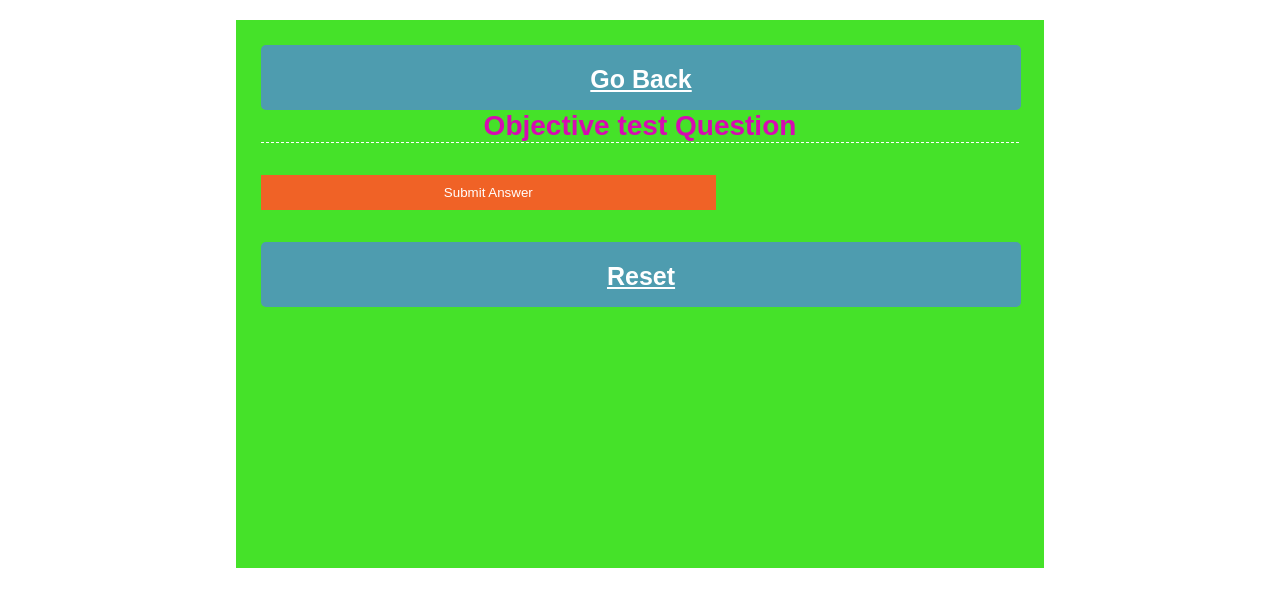
Repository: ashimmitra/Final-Project
Page: http://localhost/quiz/
An editor plug-in stored every save of this project. The page is shown before and after a run of saves, followed by the edit.
The browser window is 1280 px wide. The pictures show the whole page.
The page is served by the project's application, run on Django 3.2 (project/manage.py). Other server files are loaded and not shown. Queries for data that is not in the repository find no rows.

Above is the page before, as saved 2021-04-21 23:21:54.

### Varsity-Final-Project-by-Django-master/project/quiz/templates/english.html
{% load static %}
<!DOCTYPE html>
<html>

<head>
    <link rel="shortcut icon" href="{% static 'img/favicon.ico' %}" type="image/x-icon">
    <title>Quiz Application</title>
    <link rel="stylesheet" href="{% static 'css/quiz.css' %}">
    <script src="{% static 'script.js' %}"></script>
</head>

<body>
    <div id="container">
        <header>
            <a href="/" class="button">Go Back</a>
            <h1>Objective test Question</h1>
        </header>

        <section>
            <div id="results"></div>
            <form name="quizForm" onsubmit="return submitAnswers(answers = [{% for q in questions %}'{{ q.answer }}',{% endfor %}])">
                {% for q in questions %}
                <h3> {{ q.id }}. {{ q.question }}</h3>
                <input type="radio" name="q{{ q.id }}" value="a" id="q1a"> a. {{ q.option1 }}<br><br>
                <input type="radio" name="q{{ q.id }}" value="b" id="q1b"> b. {{ q.option2 }}<br><br>
                <input type="radio" name="q{{ q.id }}" value="c" id="q1c"> c. {{ q.option3 }}<br><br>
                <input type="radio" name="q{{ q.id }}" value="d" id="q1d"> d. {{ q.option4 }}<br><br> {% endfor %}

                <br><br>
                <input type="submit" value="Submit Answer">
            </form>
            <br><br>
            <a href="/quiz/english/" class="button">Reset</a>
        </section>
    </div>

</body>

</html>

### Varsity-Final-Project-by-Django-master/project/quiz/views.py
from django.shortcuts import render
from quiz.models import Quiz
from quiz.models import Bangla

#def welcome(request):
    #return render(request, 'welcome.html')

def english(request):
    questions = Quiz.objects.all()
    return render(request, 'english.html', { 'questions': questions})

def bangla(request):
    questions = Bangla.objects.all()
    return render(request, 'bangla.html', { 'questions': questions})

def result(request):
    return render(request, 'result.html')

### Varsity-Final-Project-by-Django-master/project/project/urls.py

from django.contrib import admin
from django.urls import path,include
from django.conf.urls.static import static
from django.conf import settings

urlpatterns = [
    path('admin/', admin.site.urls),
    path('', include('index.urls')),
    path('student/',include('student.urls')),
    path('authentication/',include('authentication.urls')),
    path('quiz/',include('quiz.urls')),
]+static(settings.MEDIA_URL, document_root=settings.MEDIA_ROOT)

### Varsity-Final-Project-by-Django-master/project/index/urls.py

from django.urls import path
from .import views

urlpatterns = [
    path('', views.home, name='home'),
]

### Varsity-Final-Project-by-Django-master/project/student/urls.py

from django.urls import path
from .import views

urlpatterns = [
    path('', views.student),
    path('profile/', views.profile, name='student.profile'),
]

### Varsity-Final-Project-by-Django-master/project/authentication/urls.py

from django.urls import path
from .import views

urlpatterns = [
    path('', views.authlogin, name='login'),
    path('registration/', views.authregistration, name='registration'),
    path('forgot-password/', views.forgotpassword, name='forgotpassword'),
    path('logout/', views.userlogout, name='logout'),
]

### Varsity-Final-Project-by-Django-master/project/quiz/urls.py

from django.urls import path
from .import views

urlpatterns = [
    path('', views.english),
    #path('',views.welcome),
    path('result/',views.result),
    path('english/', views.english, name='profile.english'),
    path('bangla/', views.bangla, name='profile.bangla'),
]

### Varsity-Final-Project-by-Django-master/project/quiz/static/css/quiz.css
body{
	background: #FFFFFF;
	color:#D70AB2;
	font-family: 'Arial', sans-serif;
	font-size: 14px;
}
#container{
	width: 60%;
	background: #45E229;
	margin: 20px auto;
	overflow: auto;
	padding: 25px;
}
header{
	text-align: center;
	border-bottom: #fff dashed 1px;
}
header h1{
	margin: 0;
	padding: 0;
}
header p{
	padding: 0;
	margin-top: 5px;
	color: #000;
}
section{
	min-height: 400px;
}
footer{
	background: black;
	text-align: center;
}
input[type = 'submit']{
	width: 60%;
	background: #f06226;
	border:0;
	color: #fff;
	padding: 10px 15px;
	cursor: pointer;
}
input[type = 'radio']{
	transform: scale(2);
}
#results h3{
	background: #FFFFFF;
	color: #22C4C6;
	padding:10px;
	margin: 10px 0;

}
#results span{
	color: red;
	font-weight: bold;
}
.button {
	font-size: 25px;
    display: block;
    width: 95%;
    height: 25px;
    background: #4E9CAF;
    padding: 20px;
    text-align: center;
    border-radius: 5px;
    color: white;
    font-weight: bold;
}

### Varsity-Final-Project-by-Django-master/project/quiz/static/script.js
function submitAnswers(answers) {

    var total = answers.length;
    var score = 0;
    var choice = []


    //getting choices
    /*
	var q1 = document.forms["quizForm"]["q1"].value;
	var q2 = document.forms["quizForm"]["q2"].value;
	var q3 = document.forms["quizForm"]["q3"].value;
	var q4 = document.forms["quizForm"]["q4"].value;
	var q5 = document.forms["quizForm"]["q5"].value;
*/
    //new dynamic method 1
    for (var i = 1; i <= total; i++) {

        choice[i] = document.forms["quizForm"]["q" + i].value;
    }


    //validation
    /*
    for(i = 1; i <= total; i++){
    	if(eval('q'+i) == null || eval('q'+i) == ''){
    		alert('you missed question ' + i);
    		return false;
    	}
    }
    */
    for (i = 1; i <= total; i++) {
        if (choice[i] == null || choice[i] == '') {
            alert('you missed question ' + i);
            return false;
        }
    }


    //set correct answer
    //var answers = ["b", "d", "a", "c", "c"];
    //this variable  is replaced by database answer

    //check answer
    /*
    for(i = 1; i <= total; i++){
    	if(eval('q' + i) == answers[i - 1]){
    		score++;
    	}
    }
    */
    // new dynamic method 1 for checking answer
    for (i = 1; i <= total; i++) {
        if (choice[i] == answers[i - 1]) {
            score++;
        }
    }

    //Display Result
    var results = document.getElementById('results');
    results.innerHTML = "<h3>You scored <span>" + score + "</span> out of <span>" + total + "</span></h3>"


    return false;
}

After the next 2 saves:
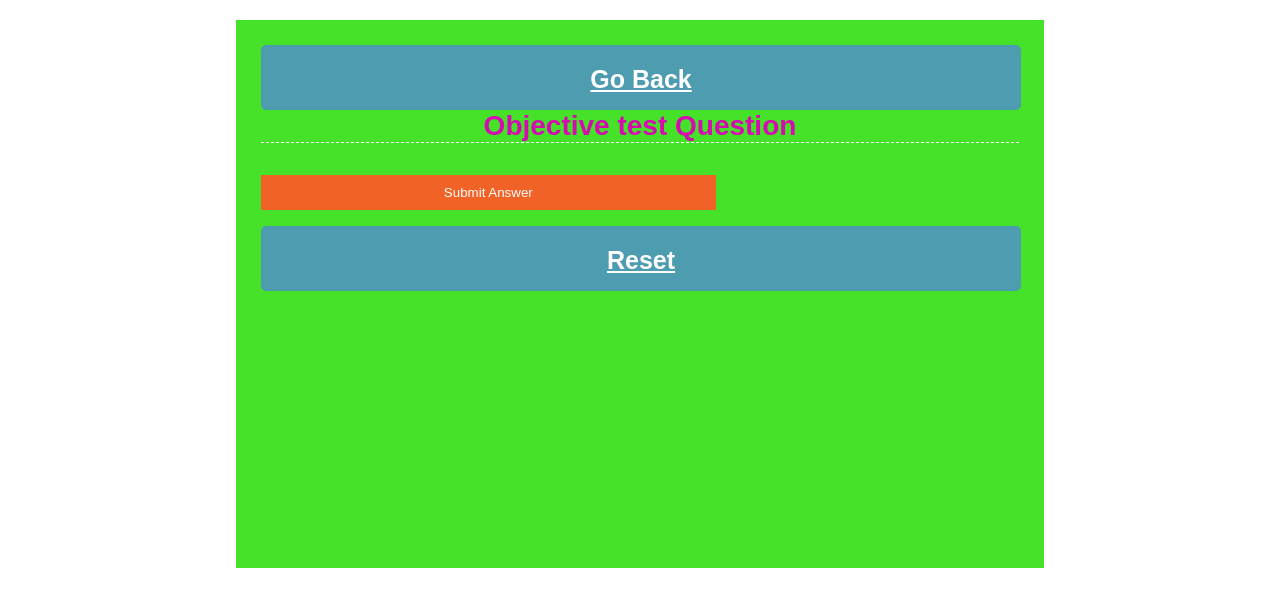
The 2 saves are shown as one change because they came seconds apart.
The last was saved 53 s later.
--- a/Varsity-Final-Project-by-Django-master/project/quiz/templates/english.html
+++ b/Varsity-Final-Project-by-Django-master/project/quiz/templates/english.html
@@ -27,7 +27,7 @@
                 <input type="radio" name="q{{ q.id }}" value="d" id="q1d"> d. {{ q.option4 }}<br><br> {% endfor %}
 
                 <br><br>
-                <input type="submit" value="Submit Answer">
+                <a href=""><input type="submit" value="Submit Answer">
             </form>
             <br><br>
             <a href="/quiz/english/" class="button">Reset</a>

After the 2 saves that followed:
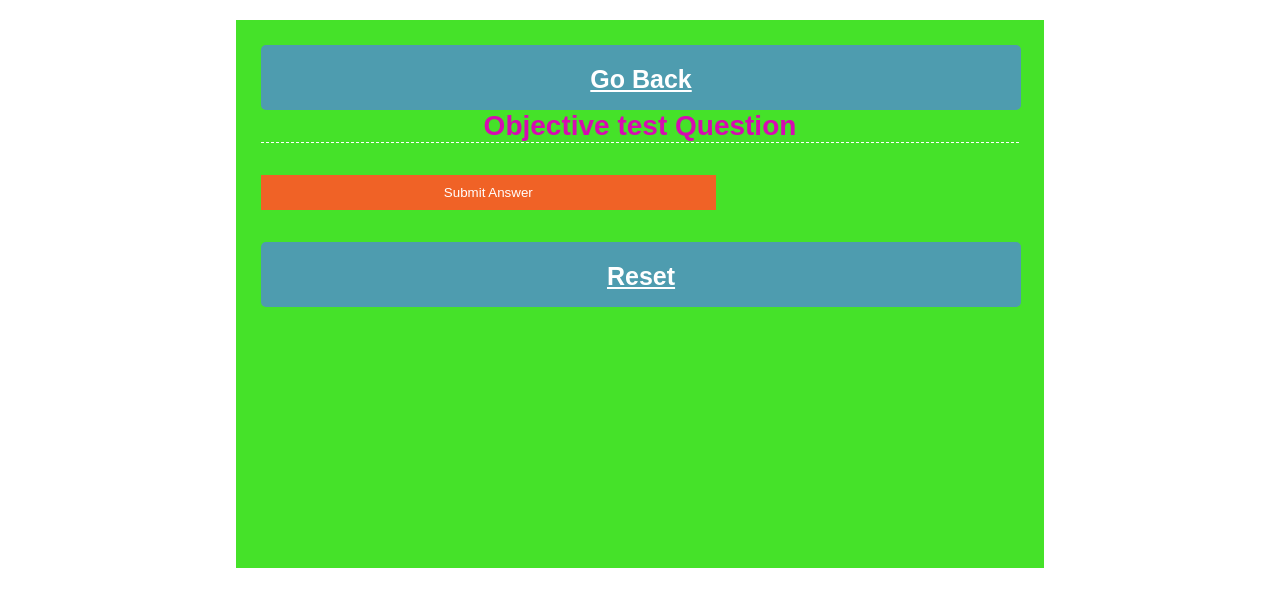
The 2 saves are shown as one change because they came seconds apart.
The last was saved 6 s later.
--- a/Varsity-Final-Project-by-Django-master/project/quiz/templates/english.html
+++ b/Varsity-Final-Project-by-Django-master/project/quiz/templates/english.html
@@ -27,7 +27,7 @@
                 <input type="radio" name="q{{ q.id }}" value="d" id="q1d"> d. {{ q.option4 }}<br><br> {% endfor %}
 
                 <br><br>
-                <a href=""><input type="submit" value="Submit Answer">
+                <a href=""><input type="submit" value="Submit Answer"></a>
             </form>
             <br><br>
             <a href="/quiz/english/" class="button">Reset</a>
